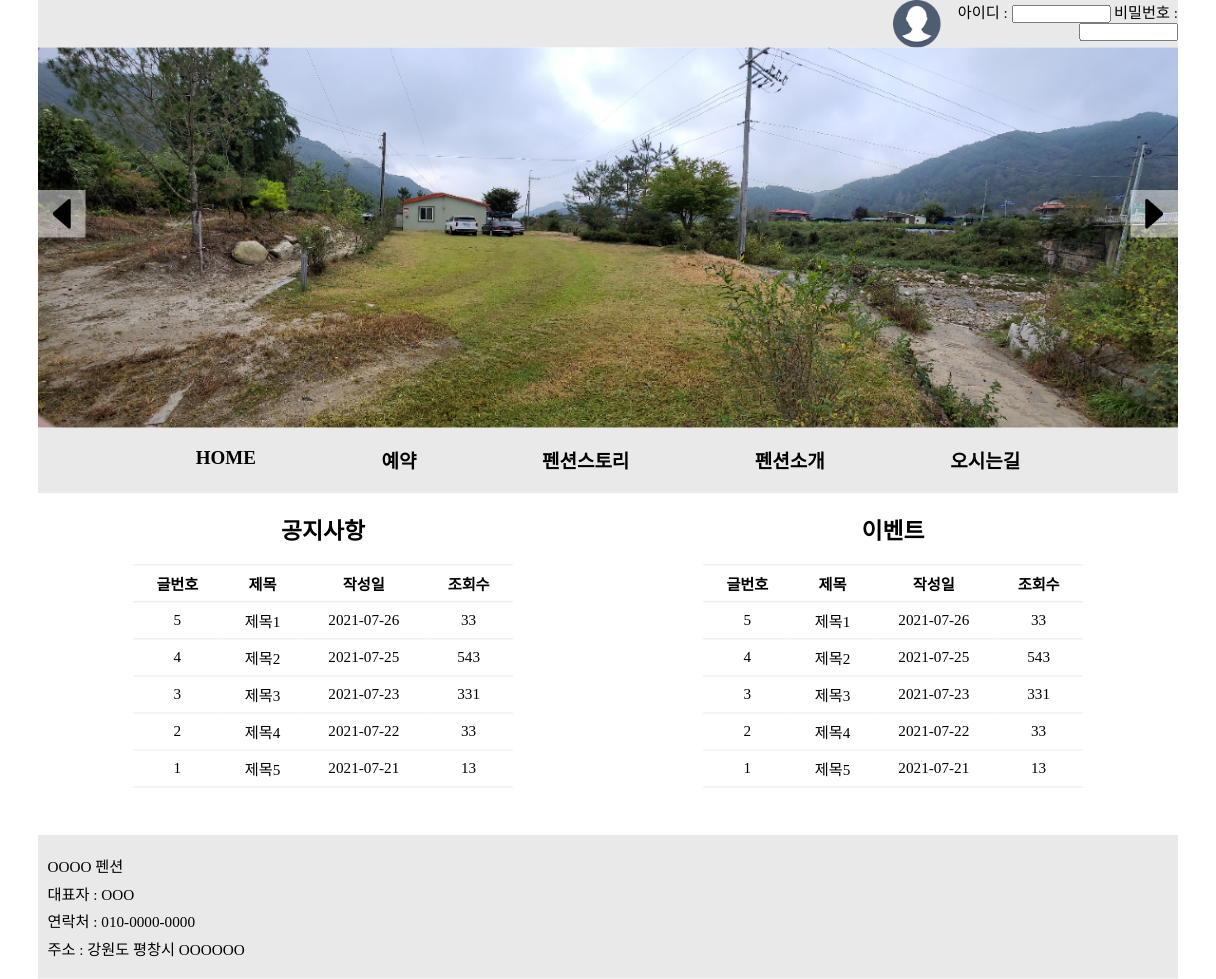
Repository: cdnwell/Jsp
Page: http://localhost/total/
These files come from the project's save history. The page is drawn as it stood at one moment and after a run of saves; the edit follows.
The browser window is 1280 px wide. The pictures show the whole page, at 95% of full size.
The page is served by Tomcat 9.

Above is the page before, as saved 2022-06-30 06:03:03.

After the next 2 saves:
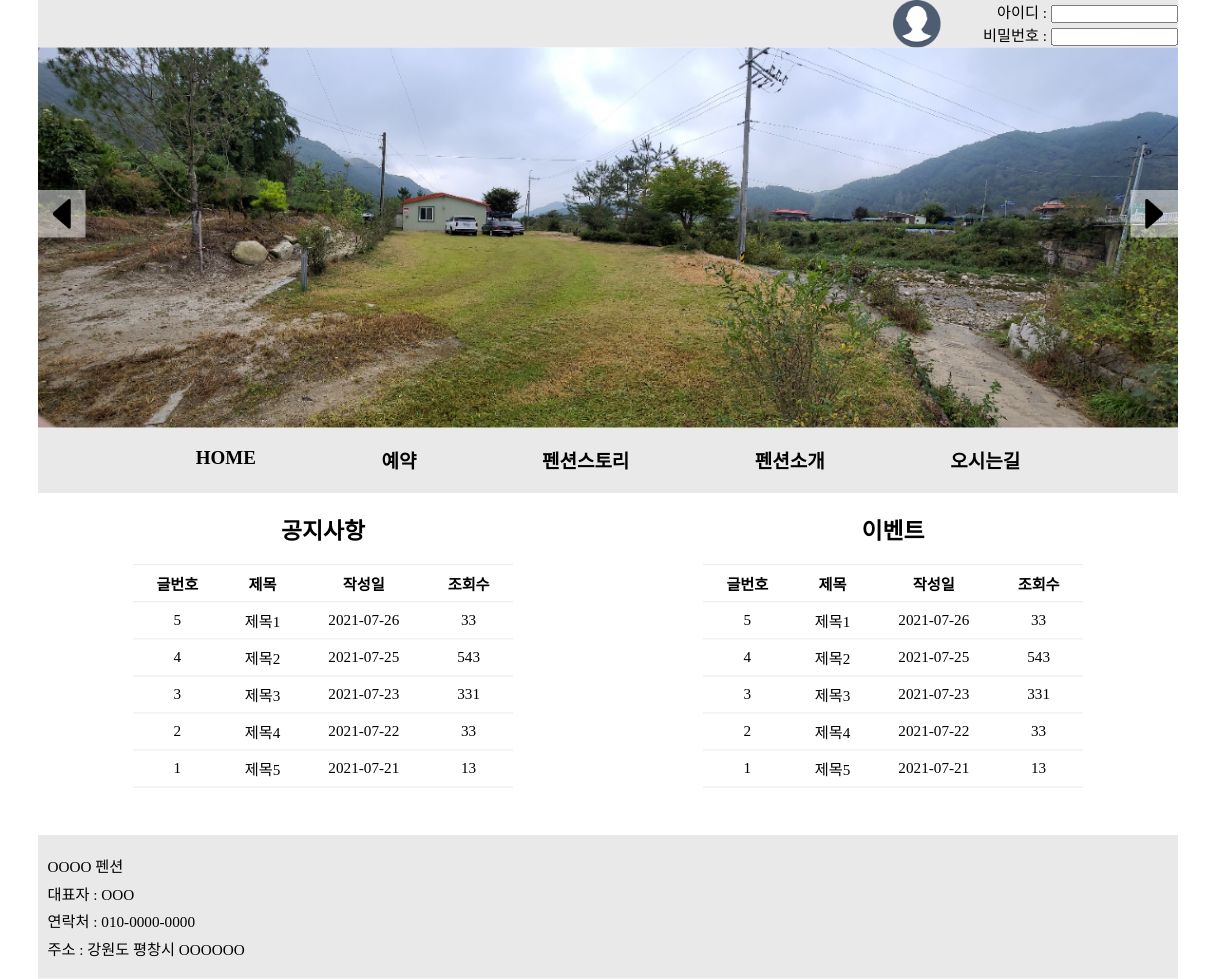
The 2 saves are shown as one change because they came seconds apart.
The last was saved 17 s later.
--- a/total/src/main/webapp/template/pheader.jsp
+++ b/total/src/main/webapp/template/pheader.jsp
@@ -115,7 +115,7 @@
         	font-size : 16px;
         }
         #member_bar input{
-        	width:100px;
+        	width:130px;
         }
     </style>
 
@@ -124,7 +124,7 @@
    <div id="member_bar">
       <div>
          <img src="resource/images/profile.png" alt="">
-         아이디 : <input type="text">
+         아이디 : <input type="text"> <br>
          비밀번호 : <input type="password">
       </div>
    </div>
